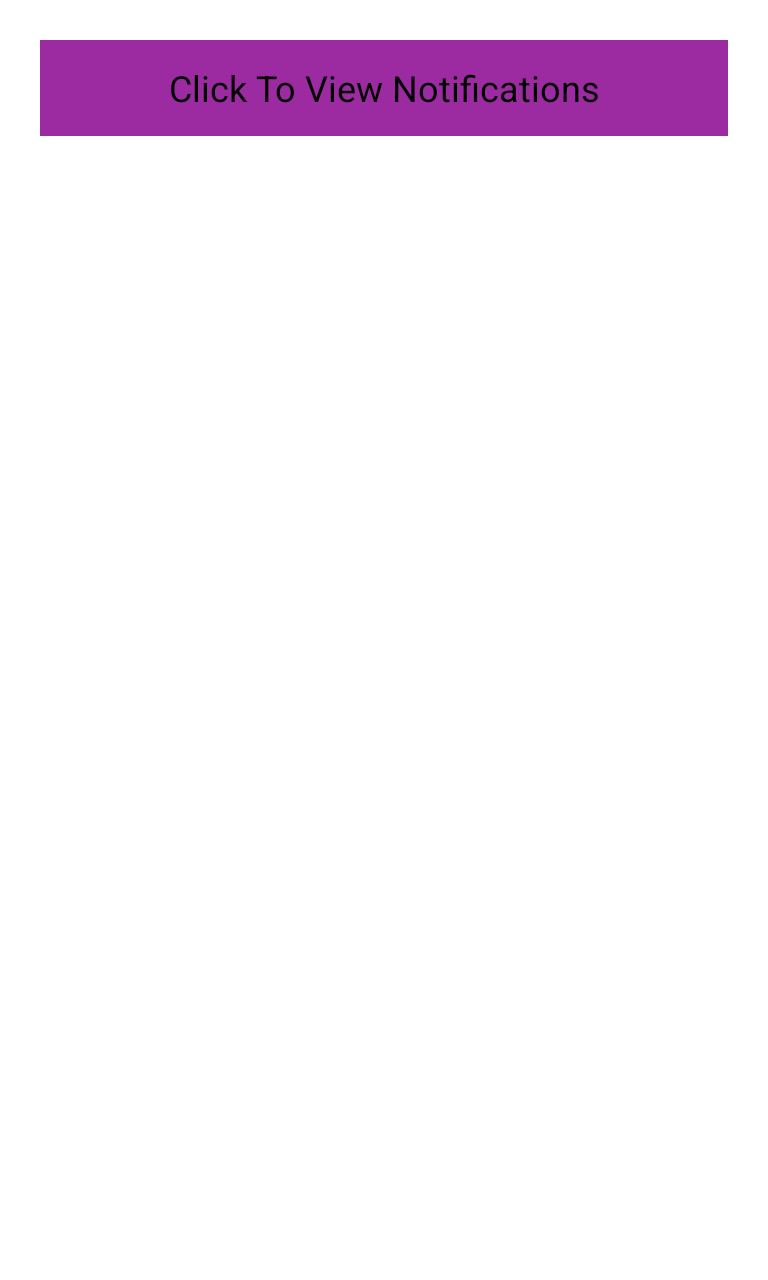
Repository: harishkumar93/harish_AndroidTraining2014
Layout: Exam/BroadCastActivity/res/layout/main.xml
The author's editor kept a copy of each file at every save. The layout is drawn from the files as they stood at one save, then again after the next save.
It is drawn on a 768 x 1280 px phone screen (xhdpi) without system bars, with theme AppTheme; the app's code is not run.

Above is the layout before, as saved 2014-10-06 11:50:36.

### Exam/BroadCastActivity/res/layout/main.xml
<?xml version="1.0" encoding="utf-8"?>
<LinearLayout xmlns:android="http://schemas.android.com/apk/res/android"
    android:layout_width="match_parent"
    android:layout_height="match_parent"
    android:orientation="vertical" >

    <Button
        android:layout_width="match_parent"
        android:layout_height="wrap_content"
        android:id="@+id/notification_btn"
        android:text="@string/notification_txt"
        android:background="#9C2AA0"
        android:layout_marginLeft="20dp"
        android:layout_marginRight="20dp"
        android:layout_marginTop="20dp"

        />





</LinearLayout>

### Exam/BroadCastActivity/res/values/strings.xml
<resources>

    <string name="app_name">BroadCastActivity</string>
    <string name="notification_txt">Click To View Notifications</string>
    <string name="install_title">Notifications List</string>
    <string name="install_txt"> Notification Viewed </string>



</resources>

Loaded but not shown: Exam/BroadCastActivity/res/values/styles.xml (common file); Exam/BroadCastActivity/res/values-v11/styles.xml (common file); Exam/BroadCastActivity/res/values-v14/styles.xml (common file)

After the next save:
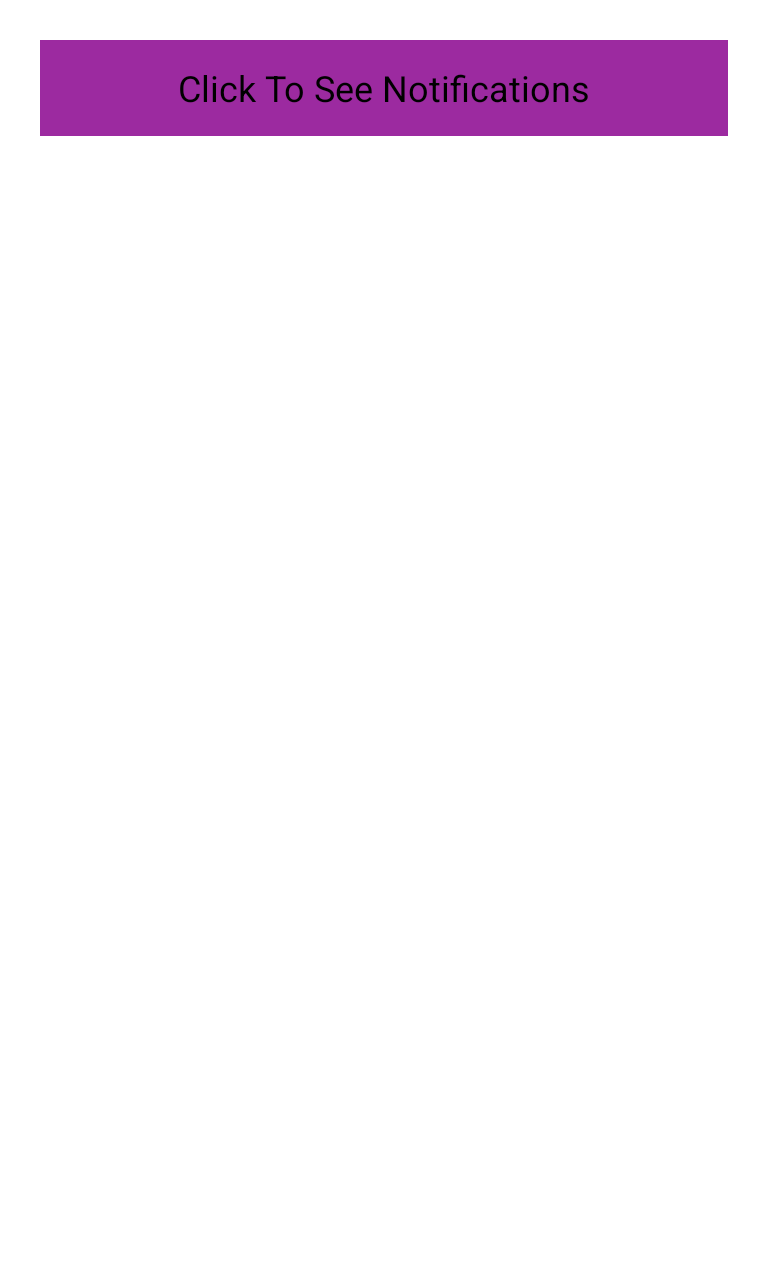
Saved 5 min 37 s later.
--- a/Exam/BroadCastActivity/res/values/strings.xml
+++ b/Exam/BroadCastActivity/res/values/strings.xml
@@ -1,7 +1,7 @@
 <resources>
 
     <string name="app_name">BroadCastActivity</string>
-    <string name="notification_txt">Click To View Notifications</string>
+    <string name="notification_txt">Click To See Notifications</string>
     <string name="install_title">Notifications List</string>
     <string name="install_txt"> Notification Viewed </string>
 
